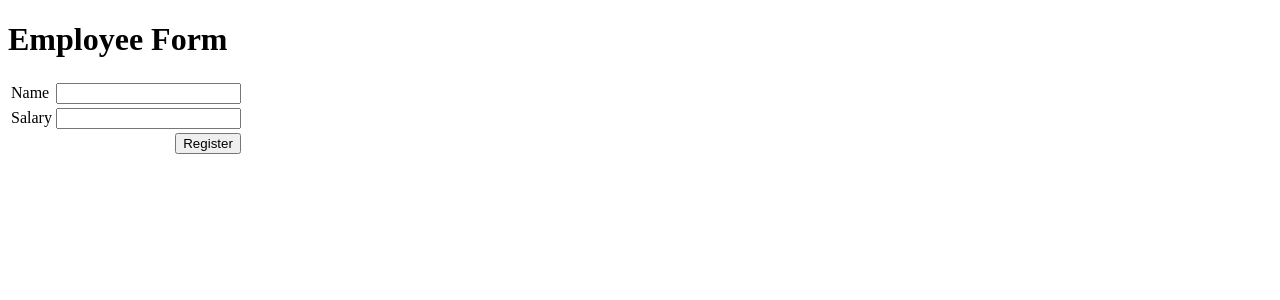
Repository: webutech/Java_Track
Page: AdvJavaWS/JSPUseBeanMVCApplication/WebContent/employeeForm.html
These files come from the project's save history. The page is drawn as it stood at one moment and after the next save; the edit follows.
The browser window is 1280 px wide. The pictures show the whole page.

Above is the page before, as saved 2017-04-06 10:00:52.

After the next save:
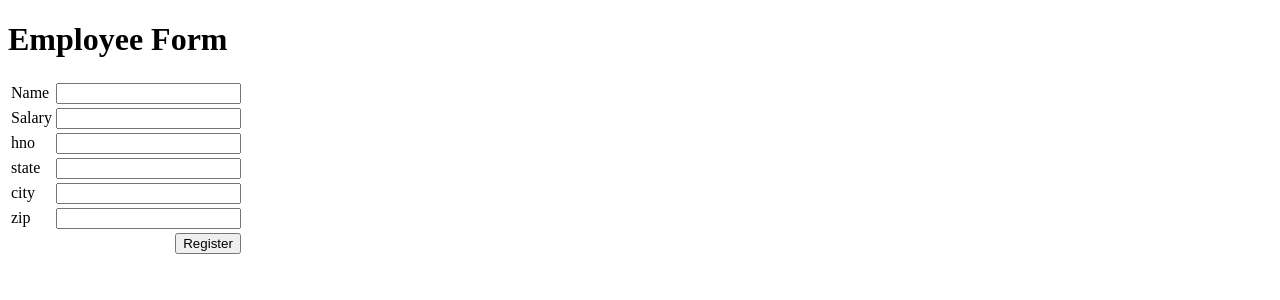
Saved 2 min 20 s later.
--- a/AdvJavaWS/JSPUseBeanMVCApplication/WebContent/employeeForm.html
+++ b/AdvJavaWS/JSPUseBeanMVCApplication/WebContent/employeeForm.html
@@ -18,6 +18,22 @@
 			<td><input type="text" name="salary"/></td>
 		</tr>
 		<tr>
+			<td>hno</td>
+			<td><input type="text" name="hno"/></td>
+		</tr>
+		<tr>
+			<td>state</td>
+			<td><input type="text" name="state"/></td>
+		</tr>
+		<tr>
+			<td>city</td>
+			<td><input type="text" name="city"/></td>
+		</tr>
+		<tr>
+			<td>zip</td>
+			<td><input type="text" name="zip"/></td>
+		</tr>
+		<tr>
 
 			<td colspan="2" style="text-align: right;"><input type="submit" value="Register"/></td>
 		</tr>
